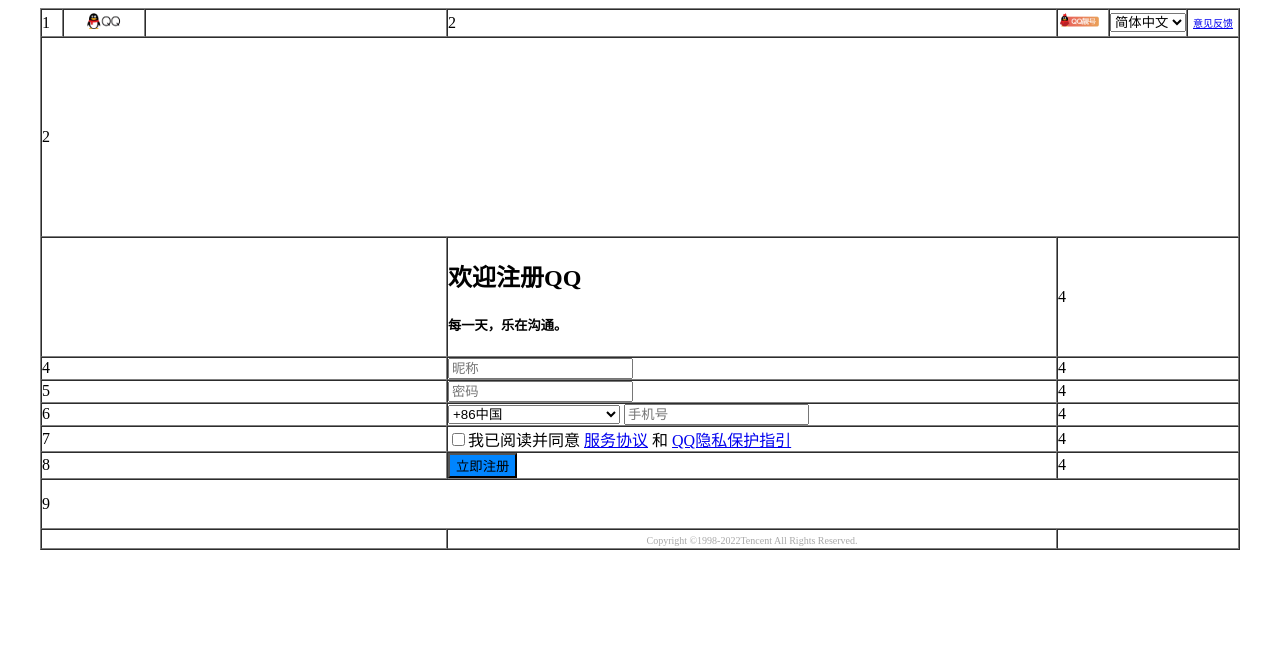
Repository: l897284707/0913
Page: qq注册界面.html
The author's editor kept a copy of each file at every save. The page is drawn from the files as they stood at one save, then again after the next save.
The browser window is 1280 px wide. The pictures show the whole page.

Above is the page before, as saved 2022-09-13 21:09:01.

After the next save:
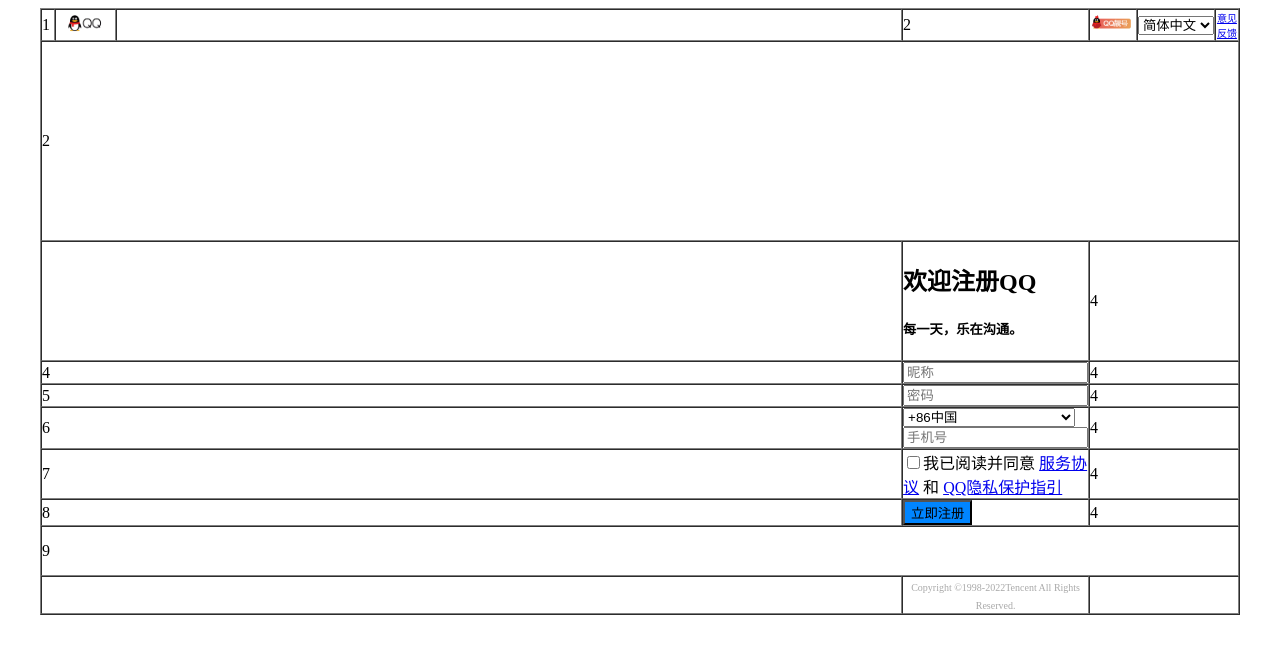
Saved 11 s later.
--- a/qq注册界面.html
+++ b/qq注册界面.html
@@ -15,7 +15,7 @@
                 1
             </td>
             <td align="center" valign="middle" style="width: 80px;"><img src="/img/图片1.png" alt="qq图标" width="50"></td>
-            <td style="width: 300px;"></td>
+            <td style="width: 2600px;"></td>
             <td colspan="2" style="">2</td>
             <td style="width: 50px;">
                 <img src="/img/新建项目.png" alt="">
